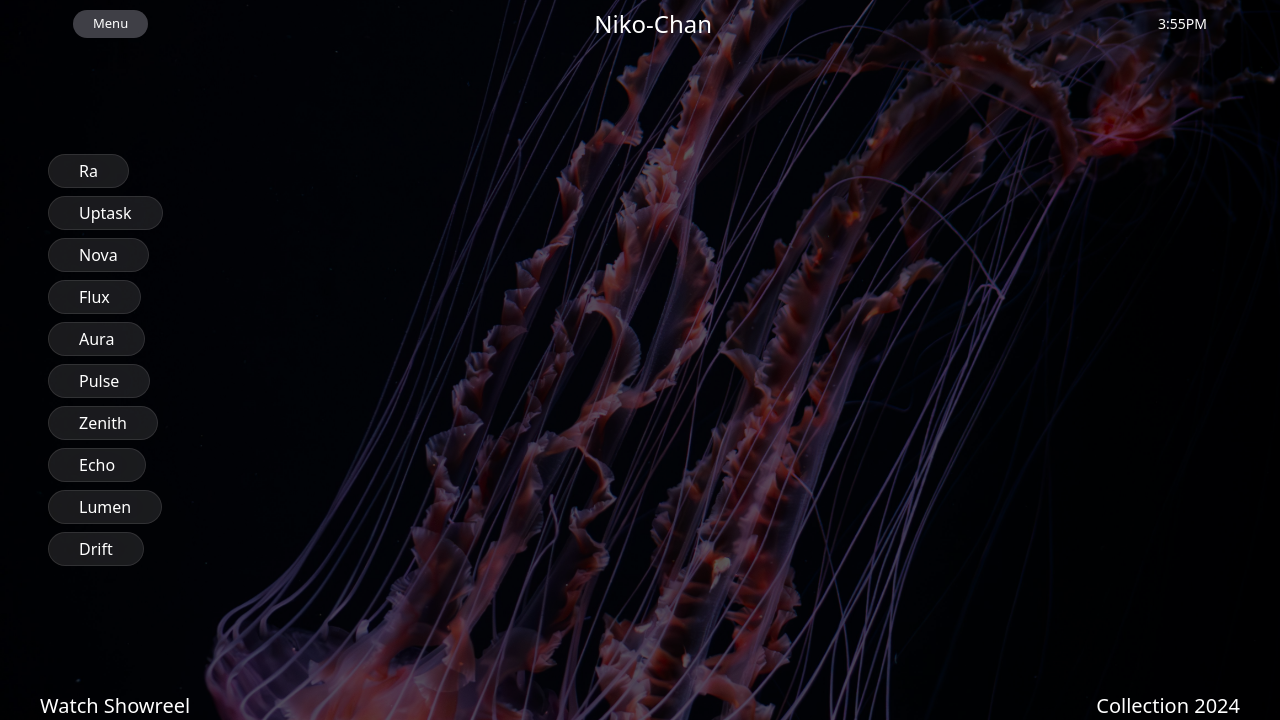
Repository: nikhilsinghrathore1/Niks_indian_local
Page: /
The author's editor kept a copy of each file at every save. The page is drawn from the files as they stood at one save, then again after a run of saves.
The browser window is 1280 px wide. The pictures show the whole page.
The project was rebuilt for these pictures with package versions that can differ from the ones it lists, and the page was loaded fresh each time. Also part of the build but not shown: vite.config.ts.

Above is the page before, as saved 2024-08-27 11:27:48.

### src/App.tsx
import { useState } from 'react'
import reactLogo from './assets/react.svg'
import viteLogo from '/vite.svg'
import './App.css'
import Landing from './Components/Landing'

function App() {
  const [count, setCount] = useState(0)

  return (
    <>

      <Landing/>
    </>
  )
}

export default App

### src/App.css
@font-face {
               font-family:font1 ;
               src: url("./assets/Fontspring-DEMO-rocgroteskcomp-regular.otf");
}

.f1{
               font-family: font1;
}

.item>p{
               padding: 6px 30px;

               font-weight: lighter;
               background-color: rgba(255, 255, 255, 0.1);
               border-radius: 40px;
               border: 1px solid rgba(255, 255, 255, 0.1);
               backdrop-filter: blur(20px);
               transition: 0.3s;
}

.item>p:hover{
               background: none;
               border: 1px solid rgba(255, 255, 255, 0.25);
}

.preview{
               position: fixed ;
               width: 100% ;
               height: 100% ;
               color: #fff;
               z-index: 1;
}

.preview-bg{
               position: absolute;
               width: 100%;
               pointer-events: none;
               height: 100%;
               opacity: 0.35;
}

.preview-title h1{
               font-weight:  lighter;
               font-size: 80px;
}

.preview p , .preview-description p{
               font-size: 14px;
               line-height: 120%;
}

.preview-varient-1 .preview-img{
               position: absolute;
               bottom: 0;
               right: 0;
               margin: 2em;
               width: 300px;
               height: 400px;
               clip-path: polygon(0% 100%, 100%, 100% , 100% 100% , 0% 100%);

}

.preview-varient-1 .preview-title{
               position: absolute;
               top: 35%;
               left: 25%;
}
.preview-varient-1 .preview-tags{
               position: absolute;
               top: 35%;
               left: 40%;
}

.preview-varient-1 .preview-description{
               width: 250px;
               position: absolute;
               top: 25%;
               right: 25%;
}
.preview-varient-3 .preview-img{
               position: absolute;
               bottom: 10%;
               left: 15%;
               margin: 2em;
               width: 300px;
               height: 400px;
               clip-path: polygon(0% 0%, 0%, 0% , 0% 100% , 0% 100%);

}

.preview-varient-3 .preview-title{
               position: absolute;
               bottom: 40%;
               right: 15%;
}
.preview-varient-3 .preview-tags{
               position: absolute;
               bottom: 20%;
               right: 30%;
}

.preview-varient-3 .preview-description{
               width: 250px;
               position: absolute;
               left: 20%;
               top: 15%;
}
.preview-varient-2 .preview-img{
               position: absolute;
               top: 10%;
               right: 5%;
               margin: 2em;
               width: 300px;
               height: 400px;
               clip-path: polygon(100% 0%, 100%, 0% , 100% 100% , 100% 100%);

}

.preview-varient-2 .preview-title{
               position: absolute;
               bottom: 30%;
               left: 50%;
}
.preview-varient-2 .preview-tags{
               position: absolute;
               top: 25%;
               left: 25%;
}

.preview-varient-3 .preview-description{
               width: 250px;
               position: absolute;
               right: 10%;
               bottom: 15%;
}

### src/Components/Landing.tsx
// Landing.tsx
import { useEffect, useRef } from 'react';
import gsap from 'gsap';
import img1 from '../assets/img1.jpg';
import img2 from '../assets/img2.jpg';
import img3 from '../assets/img3.jpg';
import img4 from '../assets/img4.jpg';
import img5 from '../assets/img5.jpg';
import img6 from '../assets/img6.jpg';
import img7 from '../assets/img7.jpg';
import img8 from '../assets/img8.jpg';
import img9 from '../assets/img9.jpg';
import img10 from '../assets/img10.jpg';
import defaultBg from '../assets/default-bg.jpg';

interface TransformProps {
  x?: number;
  y?: number;
  opacity?: number;
}

type VariantTransform = {
  [key: string]: {
    [elementClass: string]: TransformProps;
  };
};

const mapClasses = [
  'variant-1',
  'variant-2',
  'variant-3',
  'variant-1',
  'variant-2',
  'variant-3',
  'variant-1',
  'variant-2',
  'variant-3',
  'variant-1',
];

const previews = [
  {
    img: img1,
    title: 'Ra',
    tags: 'Futuristic Fashion, Minimal Design',
    description:
      'Exploring the intersection of minimalism and future fashion trends in web design.',
    bg: img1,
  },
  {
    img: img2,
    title: 'Uptask',
    tags: 'Fashion Innovation, Graphic Simplicity',
    description:
      'Innovative fashion web design with a core focus on simplicity and elegance.',
    bg: img2,
  },
  {
    img: img3,
    title: 'Nova',
    tags: 'Space Inspired, Modern Aesthetics',
    description:
      'A modern take on space-inspired designs blending technology and art.',
    bg: img3,
  },
  {
    img: img4,
    title: 'Flux',
    tags: 'Dynamic Layouts, Vibrant Colors',
    description:
      'Dynamic and colorful layouts that capture attention and engage users.',
    bg: img4,
  },
  {
    img: img5,
    title: 'Aura',
    tags: 'Serene Designs, Pastel Themes',
    description:
      'Creating calm and soothing user experiences through pastel-themed designs.',
    bg: img5,
  },
  {
    img: img6,
    title: 'Pulse',
    tags: 'Energetic Vibes, Bold Typography',
    description:
      'Harnessing energy and movement with bold typography and striking visuals.',
    bg: img6,
  },
  {
    img: img7,
    title: 'Zenith',
    tags: 'Peak Performance, Sleek Interfaces',
    description:
      'Designs focused on peak performance and sleek, intuitive interfaces.',
    bg: img7,
  },
  {
    img: img8,
    title: 'Echo',
    tags: 'Repetitive Patterns, Minimalist Touch',
    description:
      'Utilizing repetitive patterns to create harmony and balance in design.',
    bg: img8,
  },
  {
    img: img9,
    title: 'Lumen',
    tags: 'Light Themes, Clarity Focused',
    description:
      'Emphasizing clarity and readability through light-themed designs.',
    bg: img9,
  },
  {
    img: img10,
    title: 'Drift',
    tags: 'Fluid Movements, Abstract Forms',
    description:
      'Incorporating fluid movements and abstract forms for a unique user experience.',
    bg: img10,
  },
];

const Landing: React.FC = () => {
  const containerRef = useRef<HTMLDivElement>(null);
  const previewBgRef = useRef<HTMLDivElement>(null);
  const itemsRef = useRef<Array<HTMLDivElement | null>>([]);

  useEffect(() => {
    const defaultClipPath: { [key: string]: string } = {
      'variant-1': 'polygon(0% 100%, 100% 100%, 100% 100%, 0% 100%)',
      'variant-2': 'polygon(100% 0%, 100% 0%, 100% 100%, 100% 100%)',
      'variant-3': 'polygon(0% 0%, 0% 0%, 0% 100%, 0% 100%)',
    };

    const variantTransform: VariantTransform = {
      'variant-1': {
        title: { x: 75, opacity: 0 },
        tags: { y: -75, opacity: 0 },
        description: { x: -75, opacity: 0 },
      },
      'variant-2': {
        title: { x: -75, opacity: 0 },
        tags: { y: -75, opacity: 0 },
        description: { y: 75, opacity: 0 },
      },
      'variant-3': {
        title: { x: 75, opacity: 0 },
        tags: { y: 75, opacity: 0 },
        description: { x: 75, opacity: 0 },
      },
    };

    const getDefaultClipPath = (previewElement: HTMLDivElement): string => {
      for (const variant in defaultClipPath) {
        if (previewElement.classList.contains(variant)) {
          return defaultClipPath[variant];
        }
      }
      return 'polygon(100% 0%, 0% 0%, 0% 100%, 100% 100%)';
    };

    const applyVariantStyle = (
      previewElement: HTMLDivElement,
      reset: boolean = false
    ) => {
      const variant = mapClasses[Array.from(previewElement.classList).findIndex(cls => cls.startsWith('variant-'))];
      if (variant && variantTransform[variant]) {
        Object.entries(variantTransform[variant]).forEach(
          ([elementClass, transform]) => {
            const element = previewElement.querySelector(
              `.preview-${elementClass}`
            ) as HTMLElement;
            if (element) {
              gsap.set(element, reset ? transform : { x: 0, y: 0, opacity: 1 });
            }
          }
        );
      }
    };

    const changeBg = (newImgSrc: string) => {
      if (previewBgRef.current) {
        gsap.to(previewBgRef.current, {
          backgroundImage: `url(${newImgSrc})`,
          duration: 0.5,
          ease: 'power3.out',
        });
      }
    };

    // Create preview elements
    previews.forEach((preview, index) => {
      const previewElement = document.createElement('div');
      previewElement.className = `preview ${mapClasses[index]} preview-${index + 1}`;
      previewElement.style.opacity = '0';
      previewElement.style.position = 'absolute';
      previewElement.style.top = '50%';
      previewElement.style.left = '50%';
      previewElement.style.transform = 'translate(-50%, -50%)';
      previewElement.style.pointerEvents = 'none';
      previewElement.innerHTML = `
        <div class="preview-img">
          <img src="${preview.img}" alt="${preview.title}" />
        </div>
        <div class="preview-title">
          <h1>${preview.title}</h1>
        </div>
        <div class="preview-tags">
          <p>${preview.tags}</p>
        </div>
        <div class="preview-description">
          <p>${preview.description}</p>
        </div>
      `;
      if (containerRef.current) {
        containerRef.current.appendChild(previewElement);
        applyVariantStyle(previewElement, true);
      }
    });

    let activePreview: HTMLDivElement | null = null;

    itemsRef.current.forEach((item, index) => {
      if (item) {
        item.addEventListener('mouseenter', () => {
          const newBg = previews[index].bg;
          changeBg(newBg);

          const newActivePreview = containerRef.current?.querySelector(
            `.preview-${index + 1}`
          ) as HTMLDivElement;

          if (activePreview && activePreview !== newActivePreview) {
            gsap.to(activePreview, {
              opacity: 0,
              duration: 0.5,
              ease: 'power3.out',
              onComplete: () => applyVariantStyle(activePreview!, true),
            });
          }

          gsap.to(newActivePreview, {
            opacity: 1,
            duration: 0.5,
            ease: 'power3.out',
            onStart: () => applyVariantStyle(newActivePreview, false),
          });

          activePreview = newActivePreview;
        });

        item.addEventListener('mouseleave', () => {
          if (activePreview) {
            gsap.to(activePreview, {
              opacity: 0,
              duration: 0.5,
              ease: 'power3.out',
              onComplete: () => applyVariantStyle(activePreview!, true),
            });
            activePreview = null;
            changeBg(defaultBg);
          }
        });
      }
    });

    // Set initial background
    changeBg(defaultBg);
  }, []);

  return (
    <div className='w-full h-screen overflow-hidden fixed text-white bg-black'>
      {/* Nav Bar */}
      <nav className='w-full fixed flex pt-2 items-center justify-around gap-[300px]  z-50'>
        <div className='menu-btn w-fit bg-zinc-700 rounded-full backdrop-blur-md px-5 py-1 cursor-pointer'>
          <h1 className='text-[13px]'>Menu</h1>
        </div>
        <div className='logo  text-2xl'>
          <h1>Niko-Chan</h1>
        </div>
        <div className='local-time text-sm'>
          <h1>3:55PM</h1>
        </div>
      </nav>

      {/* Footer */}
      <div className='footer fixed px-10 bottom-0 text-xl flex items-center justify-between w-full z-50'>
        <p>Watch Showreel</p>
        <p>Collection 2024</p>
      </div>

      {/* Items List */}
      <div
        className='items fixed w-1/3 h-full flex flex-col px-12 text-2xl leading-tight capitalize justify-center z-30'
        >
        {previews.map((preview, index) => (
          <div
            key={index}
            className='item w-fit py-1  text-[1rem] cursor-pointer'
            ref={(el) => (itemsRef.current[index] = el)}
          >
            <p >{preview.title}</p>
          </div>
        ))}
      </div>

      {/* Preview Background */}
      <div
        className='preview-bg fixed top-0 left-0 w-full h-full bg-cover bg-center z-10 transition-all duration-500 ease-out'
        ref={previewBgRef}
      ></div>

      {/* Preview Container */}
      <div
        className='preview-container fixed top-0 left-0 w-full h-full pointer-events-none z-20'
        ref={containerRef}
      ></div>
    </div>
  );
};

export default Landing;

Loaded but not shown: index.html (common file); src/main.tsx (common file); src/index.css (common file); tailwind.config.js (common file)

After the next 2 saves:
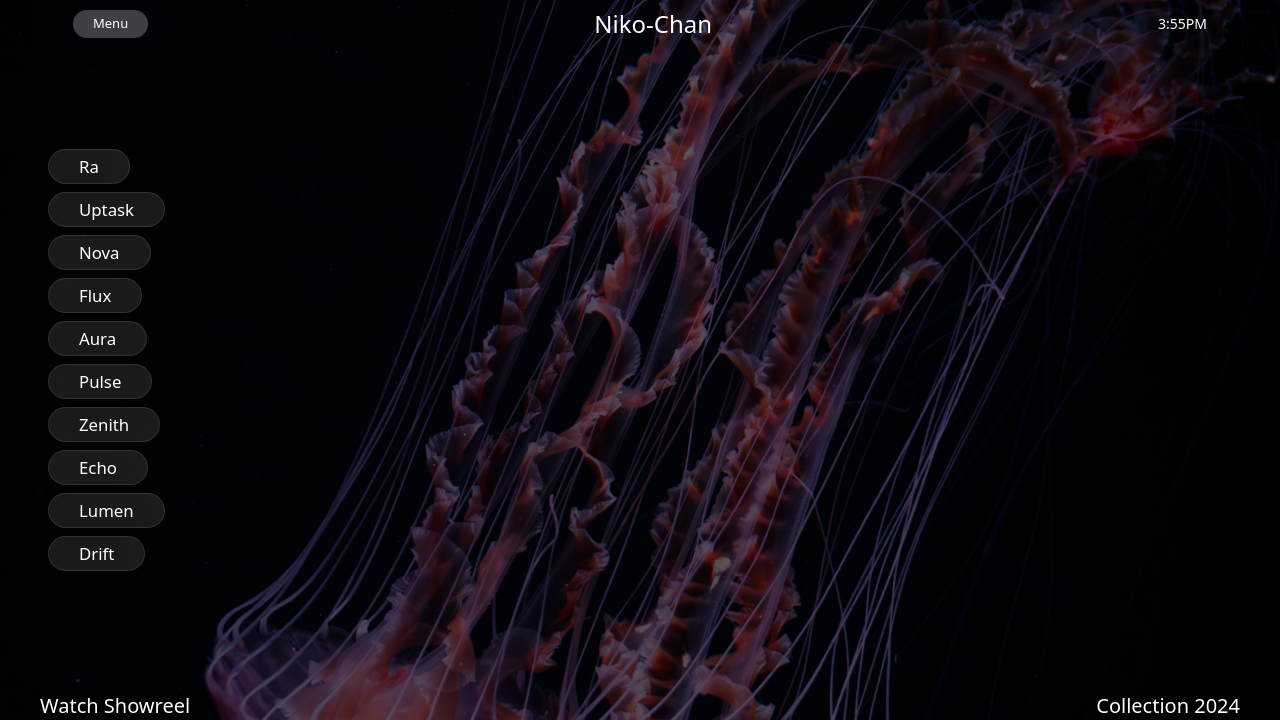
The 2 saves are shown as one change because they came seconds apart.
The last was saved 8 s later.
--- a/src/Components/Landing.tsx
+++ b/src/Components/Landing.tsx
@@ -297,7 +297,7 @@ const Landing: React.FC = () => {
         {previews.map((preview, index) => (
           <div
             key={index}
-            className='item w-fit py-1  text-[1rem] cursor-pointer'
+            className='item w-fit py-1  text-[0.7em] cursor-pointer'
             ref={(el) => (itemsRef.current[index] = el)}
           >
             <p >{preview.title}</p>
